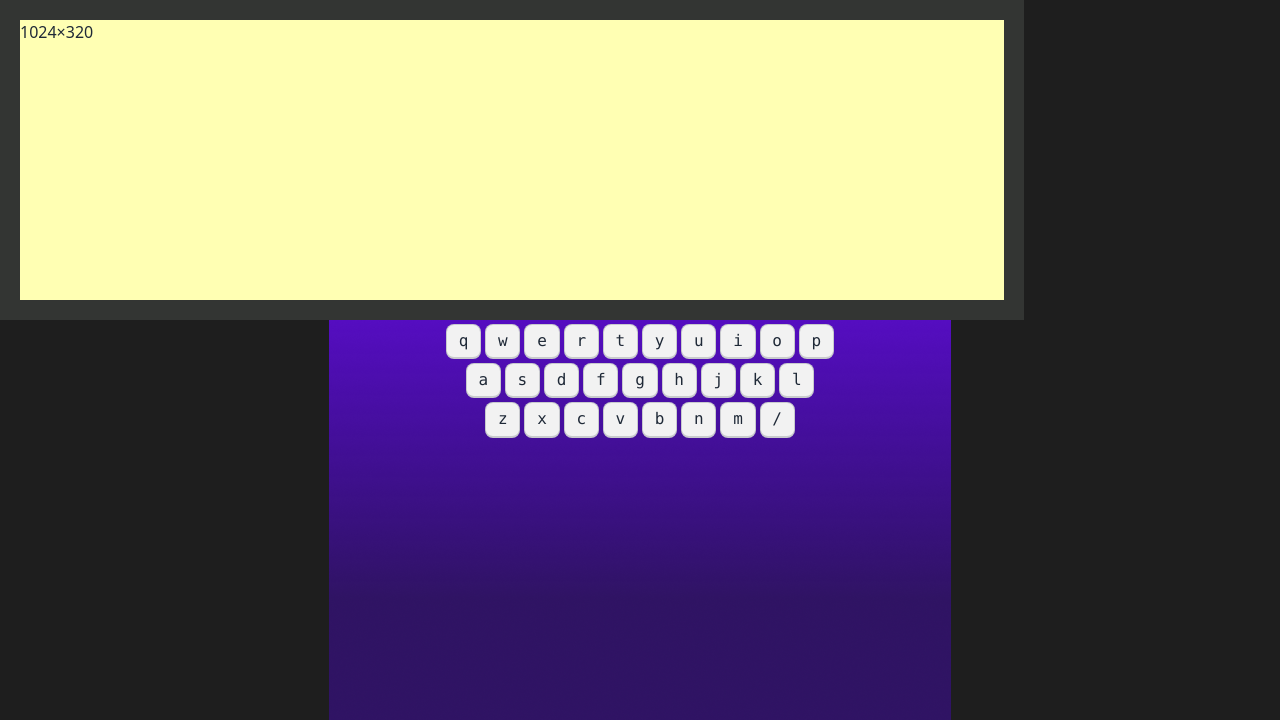
Repository: RudrasahaDibos/Alphabet-clash-
Page: index.html
These files come from the project's save history. The page is drawn as it stood at one moment and after the next save; the edit follows.
The browser window is 1280 px wide. The pictures show the whole page.
Some web fonts or font styles are not loaded; a fallback is used. Some web libraries are served in a nearby version.

Above is the page before, as saved 2024-11-04 11:56:31.

### index.html
<!DOCTYPE html>
<html lang="en">
    <head>
        <meta charset="UTF-8">
        <meta name="viewport" content="width=device-width, initial-scale=1.0">
        <title>Alphabet Clash</title>
        <!-- daisy apa -->
        <link
            href="https://cdn.jsdelivr.net/npm/daisyui@4.12.14/dist/full.min.css"
            rel="stylesheet" type="text/css" />
        <script src="https://cdn.tailwindcss.com"></script>

        <!-- custom css  -->
        <link rel="stylesheet" href="style.css">

    </head>
    <body>
        <main
            class="bg-[#1E1E1E] min-h-screen bg-[url(images/background.png)] bg-no-repeat bg-center ">
            <!-- home screen  start here -->
            <section class="min-h-screen flex justify-center items-center hidden">
                <div class="flex flex-col justify-center items-center gap-10 ">
                    <h1
                        class="text-white text-8xl font-extrabold anton-sc-regular uppercase ">ALPHABET
                        CLASH</h1>
                    <p class="text-white ">Unleash Your Keyboard Kung Fu : Press
                        “Enter” to Play</p>
                    <button class="btn bg-white text-black">Play Now </button>
                </div>
            </section>
            <!-- home screen end here -->
            <!-- midlle screen start here -->
            <section>
                    <!-- display screen start here -->
                    <div class="artboard artboard-horizontal phone-6 border-[20px] border-[#010313CC] bg-[#ffffB3]">
                        1024×320
                    </div>
                     <!-- dispaly screen end here -->

                     <!-- keyboard start here  -->
                               <div>
                                <div class="my-1 flex w-full justify-center gap-1">
                                    <kbd class="kbd">q</kbd>
                                    <kbd class="kbd">w</kbd>
                                    <kbd class="kbd">e</kbd>
                                    <kbd class="kbd">r</kbd>
                                    <kbd class="kbd">t</kbd>
                                    <kbd class="kbd">y</kbd>
                                    <kbd class="kbd">u</kbd>
                                    <kbd class="kbd">i</kbd>
                                    <kbd class="kbd">o</kbd>
                                    <kbd class="kbd">p</kbd>
                                  </div>
                                  <div class="my-1 flex w-full justify-center gap-1">
                                    <kbd class="kbd">a</kbd>
                                    <kbd class="kbd">s</kbd>
                                    <kbd class="kbd">d</kbd>
                                    <kbd class="kbd">f</kbd>
                                    <kbd class="kbd">g</kbd>
                                    <kbd class="kbd">h</kbd>
                                    <kbd class="kbd">j</kbd>
                                    <kbd class="kbd">k</kbd>
                                    <kbd class="kbd">l</kbd>
                                  </div>
                                  <div class="my-1 flex w-full justify-center gap-1">
                                    <kbd class="kbd">z</kbd>
                                    <kbd class="kbd">x</kbd>
                                    <kbd class="kbd">c</kbd>
                                    <kbd class="kbd">v</kbd>
                                    <kbd class="kbd">b</kbd>
                                    <kbd class="kbd">n</kbd>
                                    <kbd class="kbd">m</kbd>
                                    <kbd class="kbd">/</kbd>
                                  </div>
                               </div>
                      <!-- keyboard end here -->

                      <!-- life and scrore button here -->

                      <!-- life and scrore button end here -->
            </section>
            <!-- midlle screen end here -->
             <!-- last screen start here -->
            <section>

            </section>
            <!-- last screen end here -->
        </main>
    </body>
</html>

### style.css


@import url('https://fonts.googleapis.com/css2?family=Anton+SC&family=Manrope:wght@200..800&display=swap');


.font-manrope {
    font-family: "Manrope", serif;
  }

  .anton-sc-regular {
    font-family: "Anton SC", sans-serif;
  }

After the next save:
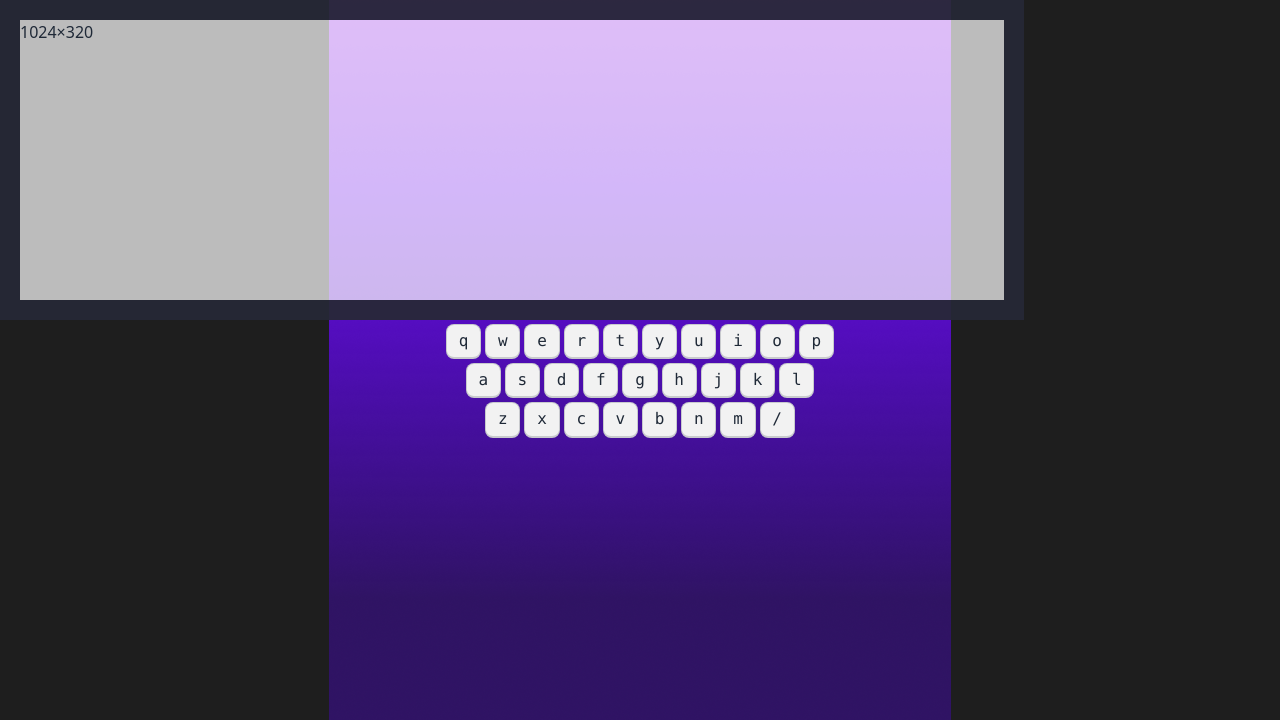
Saved 27 s later.
--- a/index.html
+++ b/index.html
@@ -32,7 +32,7 @@
             <!-- midlle screen start here -->
             <section>
                     <!-- display screen start here -->
-                    <div class="artboard artboard-horizontal phone-6 border-[20px] border-[#010313CC] bg-[#ffffB3]">
+                    <div class="artboard artboard-horizontal phone-6 border-[20px] border-[#010313CC] bg-[#FFFFFFB3]">
                         1024×320
                     </div>
                      <!-- dispaly screen end here -->
